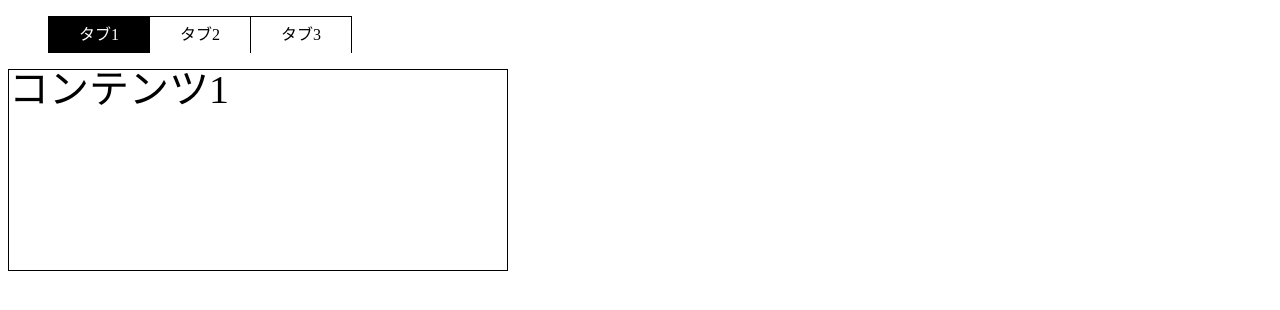
Repository: masanarimiura/20220512-
Page: index.html
The author's editor kept a copy of each file at every save. The page is drawn from the files as they stood at one save, then again after a run of saves.
The browser window is 1280 px wide. The pictures show the whole page.

Above is the page before, as saved 2022-05-12 17:22:26.

### index.html
<!DOCTYPE html>
<html lang="ja">

<head>
  <meta charset="UTF-8">
  <meta http-equiv="X-UA-Compatible" content="IE=edge">
  <meta name="viewport" content="width=device-width, initial-scale=1.0">
  <title>Document</title>
  <link rel="stylesheet" href="css/reset.css">
  <link rel="stylesheet" href="css/style.css">
</head>

<body>

  <div class="tab">
    <ul class="tab-menu">
      <li class="tab-menu__item active">タブ1</li>
      <li class="tab-menu__item">タブ2</li>
      <li class="tab-menu__item">タブ3</li>
    </ul>
    <div class="tab-content">
      <div class="tab-content__item show">コンテンツ1</div>
      <div class="tab-content__item">コンテンツ2</div>
      <div class="tab-content__item">コンテンツ3</div>
    </div>
  </div>

  <script src="js/main.js"></script>
</body>

</html>

### css/reset.css
let’sstartwith the complete CSS stylesheet:

/*
html5doctor.com Reset Stylesheet
v1.6.1
Last Updated: 2010-09-17
Author: Richard Clark - http://richclarkdesign.com
Twitter: @rich_clark
*/ html,
  body, div, span, object, iframe, h1, h2, h3, h4, h5, h6, p, blockquote, pre,
  abbr, address, cite, code, del, dfn, em, img, ins, kbd, q, samp, small, strong,
  sub, sup, var, b, i, dl, dt, dd, ol, ul, li, fieldset, form, label, legend,
  table, caption, tbody, tfoot, thead, tr, th, td, article, aside, canvas,
  details, figcaption, figure, footer, header, hgroup, menu, nav, section,
  summary, time, mark, audio, video {
  margin: 0;
  padding: 0;
  border: 0;
  outline: 0;
  font-size: 100%;
  vertical-align: baseline;
  background: transparent;
}

body {
  line-height: 1;
}

article,
aside,
details,
figcaption,
figure,
footer,
header,
hgroup,
menu,
nav,
section {
  display: block;
}

nav ul {
  list-style: none;
}

blockquote,
q {
  quotes: none;
}

blockquote:before,
blockquote:after,
q:before,
q:after {
  content: "";
  content: none;
}

a {
  margin: 0;
  padding: 0;
  font-size: 100%;
  vertical-align: baseline;
  background: transparent;
}

/* change colours to suit your needs */
ins {
  background-color: #ff9;
  color: #000;
  text-decoration: none;
}

/* change colours to suit your needs */
mark {
  background-color: #ff9;
  color: #000;
  font-style: italic;
  font-weight: bold;
}

del {
  text-decoration: line-through;
}

abbr[title],
dfn[title] {
  border-bottom: 1px dotted;
  cursor: help;
}

table {
  border-collapse: collapse;
  border-spacing: 0;
}

/* change border colour to suit your needs */
hr {
  display: block;
  height: 1px;
  border: 0;
  border-top: 1px solid #cccccc;
  margin: 1em 0;
  padding: 0;
}

input,
select {
  vertical-align: middle;
}

### css/style.css
.tab {
  width: 500px;
}
.tab-menu {
  display: flex;
  m
}
.tab-menu__item {
  text-align: center;
  padding: 10px 0;
  cursor: pointer;
  list-style: none;
  width: 100px;
  border-top: 1px solid #000;
  border-left: 1px solid #000;
  border-right: 1px solid #000;
}
.tab-menu__item:not(:first-child) {
  border-left: none;
}
.tab-menu__item.active {
  background: #000;
  color: white;
}
.tab-content {
  height: 200px;
  border: 1px solid #000;
}
.tab-content__item {
  display: none;
  font-size: 40px;
}
.tab-content__item.show {
  display: block;
}

### js/main.js

const tabs = document.getElementsByClassName('tab-menu__item');
//tabs は class名 tab-menu__item の呼び出し機能の名前
for (let i = 0; i < tabs.length; i++) {
  //for で繰り返す。i をletで変数にして、０からi<tabs.lengthになるまで、i++で１ずつ足していく。tabs.lengthは、tabs の要素の数なので、const tabs = document.getElementsByClassName('tab-menu__item'); からHTMLのclass名 tab-menu__item の数で３つ。
  tabs[i].addEventListener('click', tabSwitch);
}
function tabSwitch() {
  //fabSwitchっていう関数をつくりますって宣言。
  document.getElementsByClassName('active')[0].classList.remove('active');
  //document.getElementsByClassName('active')[0] でクラス名 active の[0]番目を呼び出す。[0]は１番最初の要素ってこと。.classList.remove('active'); でactive で呼び出した クラス名から active を remove する。
  this.classList.add('active');
  //ここのthisが何を指しているのか説明できない。
  document.getElementsByClassName('show')[0].classList.remove('show');
  //上のクラス名 show でやる.
  const arrayTabs = Array.prototype.slice.call(tabs);
  const index = arrayTabs.indexOf(this);
  document.getElementsByClassName('tab-content__item')[index].classList.add('show');
};

After the next 2 saves:
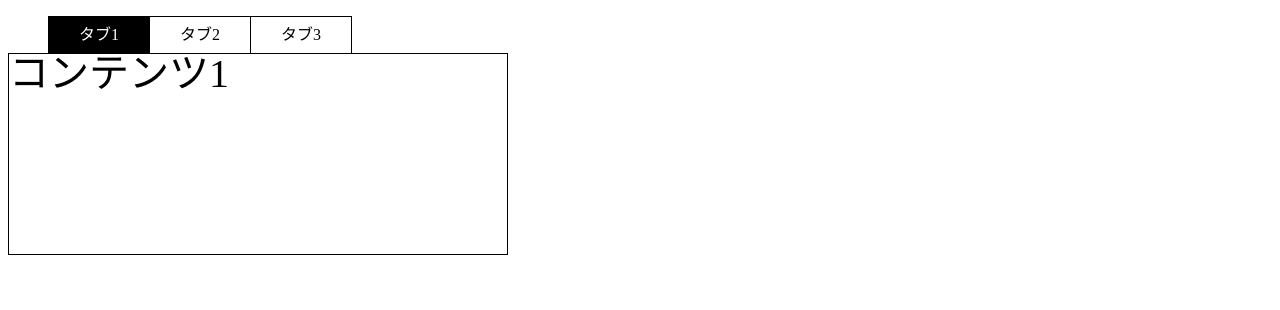
The 2 saves are shown as one change because they came seconds apart.
The last was saved 6 s later.
--- a/css/style.css
+++ b/css/style.css
@@ -3,7 +3,7 @@
 }
 .tab-menu {
   display: flex;
-  m
+  margin-bottom: 0;
 }
 .tab-menu__item {
   text-align: center;
